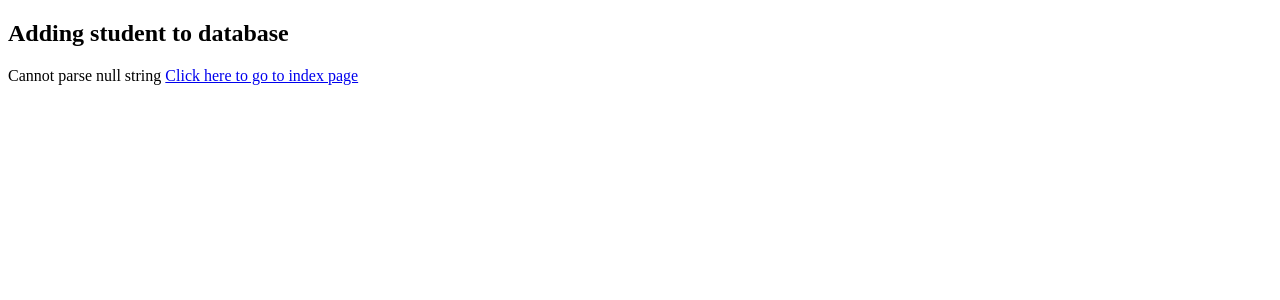
Repository: akhileshrane/ZensarJava
Page: http://localhost/student-crud/addition.jsp
The author's editor kept a copy of each file at every save. The page is drawn from the files as they stood at one save, then again after the next save.
The browser window is 1280 px wide. The pictures show the whole page.
The page is served by Tomcat 9.

Above is the page before, as saved 2017-06-28 07:06:14.

After the next save:
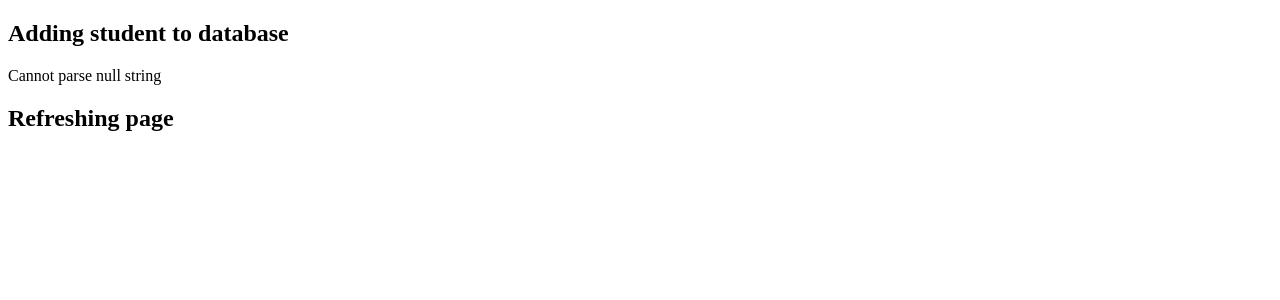
Saved 67 s later.
--- a/student-crud/WebContent/addition.jsp
+++ b/student-crud/WebContent/addition.jsp
@@ -26,7 +26,7 @@ catch(Exception e){
 }
 response.addHeader("REFRESH","2;URL=viewAllStudents.jsp");
 %>
-<a href="index.jsp">Click here to go to index page</a>
+<h2>Refreshing page</h2>
 
 
 </body>
